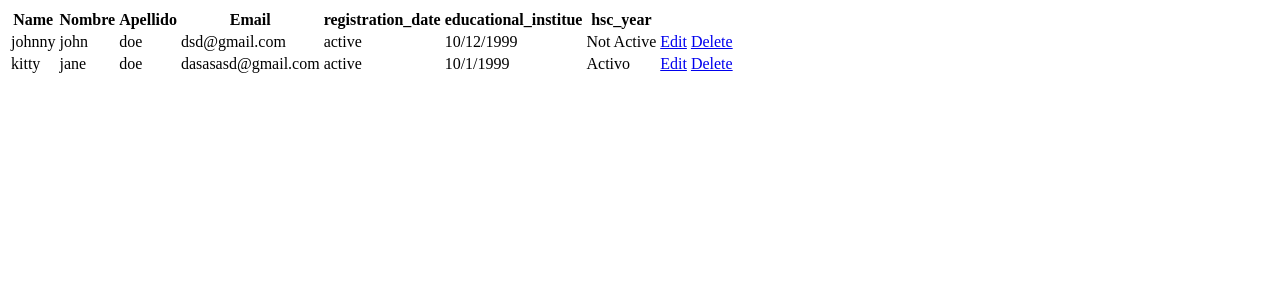
Repository: SabitDeepto/Chitra
Page: CRUD/templates/index.html
These files come from the project's save history. The page is drawn as it stood at one moment and after the next save; the edit follows.
The browser window is 1280 px wide. The pictures show the whole page.
The template is drawn by Django 2.2. The application's start-up code is not run. The template is opened directly, without the code that normally fills it, so the values that code supplies are empty.

Above is the page before, as saved 2019-01-08 12:30:23.

After the next save:
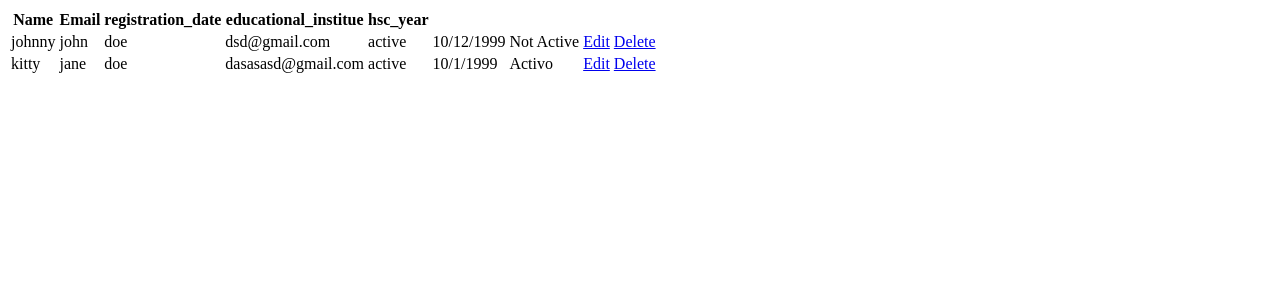
Saved 8 min 46 s later.
--- a/CRUD/templates/index.html
+++ b/CRUD/templates/index.html
@@ -11,8 +11,7 @@
     				<tr>
 
     					<th class="hidden-phone">Name</th>
-    					<th>Nombre</th>
-    					<th>Apellido</th>
+
     					<th >Email</th>
     					<th>registration_date</th>
     					<th class="hidden-phone">educational_institue</th>
